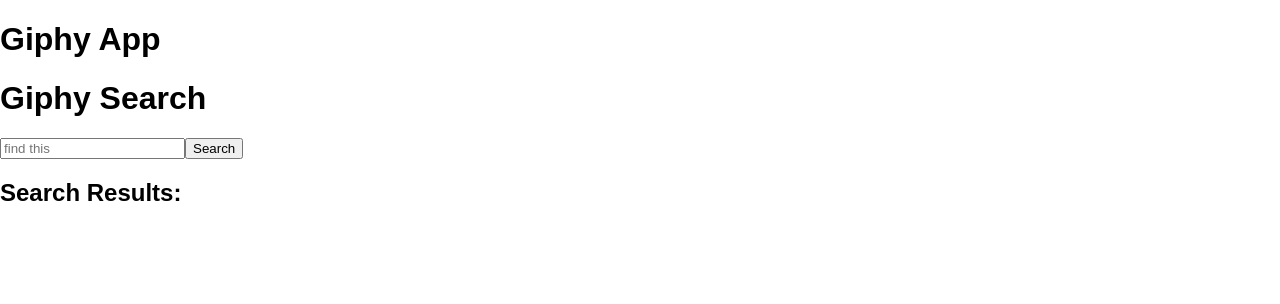
Repository: pithao/weekend-sql-to-do-react-2
Page: /
The author's editor kept a copy of each file at every save. The page is drawn from the files as they stood at one save, then again after a run of saves.
The browser window is 1280 px wide. The pictures show the whole page.
The project was rebuilt for these pictures with package versions that can differ from the ones it lists, and the page was loaded fresh each time. Also part of the build but not shown: vite.config.js.

Above is the page before, as saved 2024-12-05 20:13:06.

### index.html
<!DOCTYPE html>
<html lang="en">
  <head>
    <meta charset="utf-8">
    <meta name="viewport" content="width=device-width, initial-scale=1, shrink-to-fit=no">
    <meta name="theme-color" content="#000000">
    <!--
      manifest.json provides metadata used when your web app is added to the
      homescreen on Android. See https://developers.google.com/web/fundamentals/engage-and-retain/web-app-manifest/
    -->
    <link rel="manifest" href="/manifest.json">
    <link rel="shortcut icon" href="/favicon.ico">
    <!--
      Notice the use of  in the tags above.
      It will be replaced with the URL of the `public` folder during the build.
      Only files inside the `public` folder can be referenced from the HTML.

      Unlike "/favicon.ico" or "favicon.ico", "/favicon.ico" will
      work correctly both with client-side routing and a non-root public URL.
      Learn how to configure a non-root public URL by running `npm run build`.
    -->
    <title>React App</title>
  </head>
  <body>
    <noscript>
      You need to enable JavaScript to run this app.
    </noscript>
    <div id="root"></div>
    <!--
      This HTML file is a template.
      If you open it directly in the browser, you will see an empty page.

      You can add webfonts, meta tags, or analytics to this file.
      The build step will place the bundled scripts into the <body> tag.

      To begin the development, run `npm start` or `yarn start`.
      To create a production bundle, use `npm run build` or `yarn build`.
    -->



<script type="module" src="/src/index.jsx"></script>
  </body>
</html>

### src/components/App/App.jsx
import {useState, useEffect} from 'react';
import Search from '../Search/Search';

function App () {

  return (
    <div>
      <h1>Giphy App</h1>
      <Search />
    </div>
  );

}

export default App

### src/components/Search/Search.jsx
import {useState, useEffect} from 'react';
import axios from 'axios';
import GiphsList from '../GiphsList/GiphsList';

function Search () {
    const [ searchText, setSearchText] = useState('');
    const [ giphs, setGiphs ] = useState( [] );

  function searchNow(){
    console.log('in searchNow:', searchText);
    // axios call to giphy

    const url = `https://api.giphy.com/v1/gifs/search?api_key=84QiQD0CU1Ep4qL3Z904TnFon6vVuKep&q= ${searchText} &limit=25&offset=0&rating=g&lang=en&bundle=messaging_non_clips`
    axios.get( url ).then(function(response){
      console.log(response.data);
      setGiphs(response.data.data); //specific to giphy
    }).catch(function(err){
      console.log(err);
      alert('error getting Giphs')

    })
    }


  return (
    <div>
      <h1>Giphy Search</h1>
      <input type='text' placeholder='find this' onChange={ (e) =>setSearchText( e.target.value ) }/>
      <button onClick={ searchNow }>Search</button>
      <div>

      </div>
      <GiphsList giphs={ giphs }/>
    </div>
  );

}

export default Search

// import { useState, useEffect } from 'react';
// import axios from 'axios';

// function Search () {

//   function searchNow(){
//     console.log( 'in searchNow:', searchText );
//     // axios call to giphy
//     const url = `https://api.giphy.com/v1/gifs/search?api_key=o2scmkIZPtYY63Yq8bXVhlRFkM1JM9X6&q=${ searchText }&limit=25&offset=0&rating=g&lang=en&bundle=messaging_non_clips`;
//     axios.get( url ).then( function ( response ){
//       console.log( response.data );
//       setGiphs( response.data.data ); // specific to giphy
//     }).catch( function( err ){
//       console.log( err );
//       alert( 'error getting Giphs' );
//     })
//   }

//   const [ searchText, setSearchText ] = useState( '' );
//   const [ giphs, setGiphs ] = useState( [] );

//   return (
//     <div>
//       <h1>Giphy Search</h1>
//       <input type='text' placeholder='find this' onChange={ ( e )=>setSearchText( e.target.value ) }/>
//       <button onClick={ searchNow }>Search</button>
//       <div>
//         <h2>Search Results:</h2>
//         {
//           giphs.map( ( giph, index )=>(
//             <img key={index} src={ giph.images.original.url } />
//           ))
//         }
//       </div>
//     </div>
//   );

// }

// export default Search

### src/components/GiphsList/GiphsList.jsx
import {useState, useEffect} from 'react';
import axios from 'axios';
import GiphItem from '../GiphItem/GiphItem';


function GiphsList ( giphs ) {

  const [ hook, setHook ] = useState('');

  return (
    <div>
      <h2>Search Results:</h2>
        {
          giphs.giphs.map( ( giph, index )=>( //added another .giphs since it says undefined
            <img key={index} src={ giph.images.original.url } />
          ))
        }
    </div>
  );

}

export default GiphsList

### src/components/GiphItem/GiphItem.jsx
import {useState, useEffect} from 'react';
import axios from 'axios';


function GiphItem () {

  const [ hook, setHool ] = useState('');

  return (
    <div>
      <h1>Giphy GiphItem</h1>
    </div>
  );

}

export default GiphItem

Loaded but not shown: src/index.jsx (common file); src/index.css (common file)

After the next 2 saves:
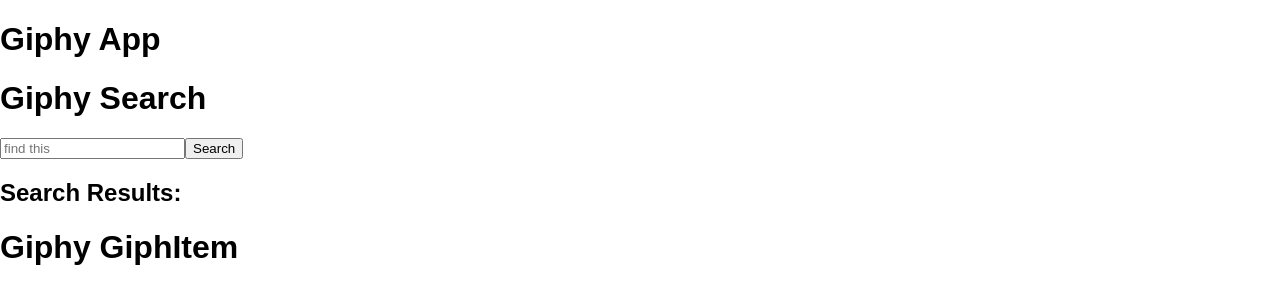
The 2 saves are shown as one change because 1 did not build or start.
The last was saved 9 s later.
--- a/src/components/GiphsList/GiphsList.jsx
+++ b/src/components/GiphsList/GiphsList.jsx
@@ -15,6 +15,7 @@
             <img key={index} src={ giph.images.original.url } />
           ))
         }
+        <GiphItem />
     </div>
   );
 
